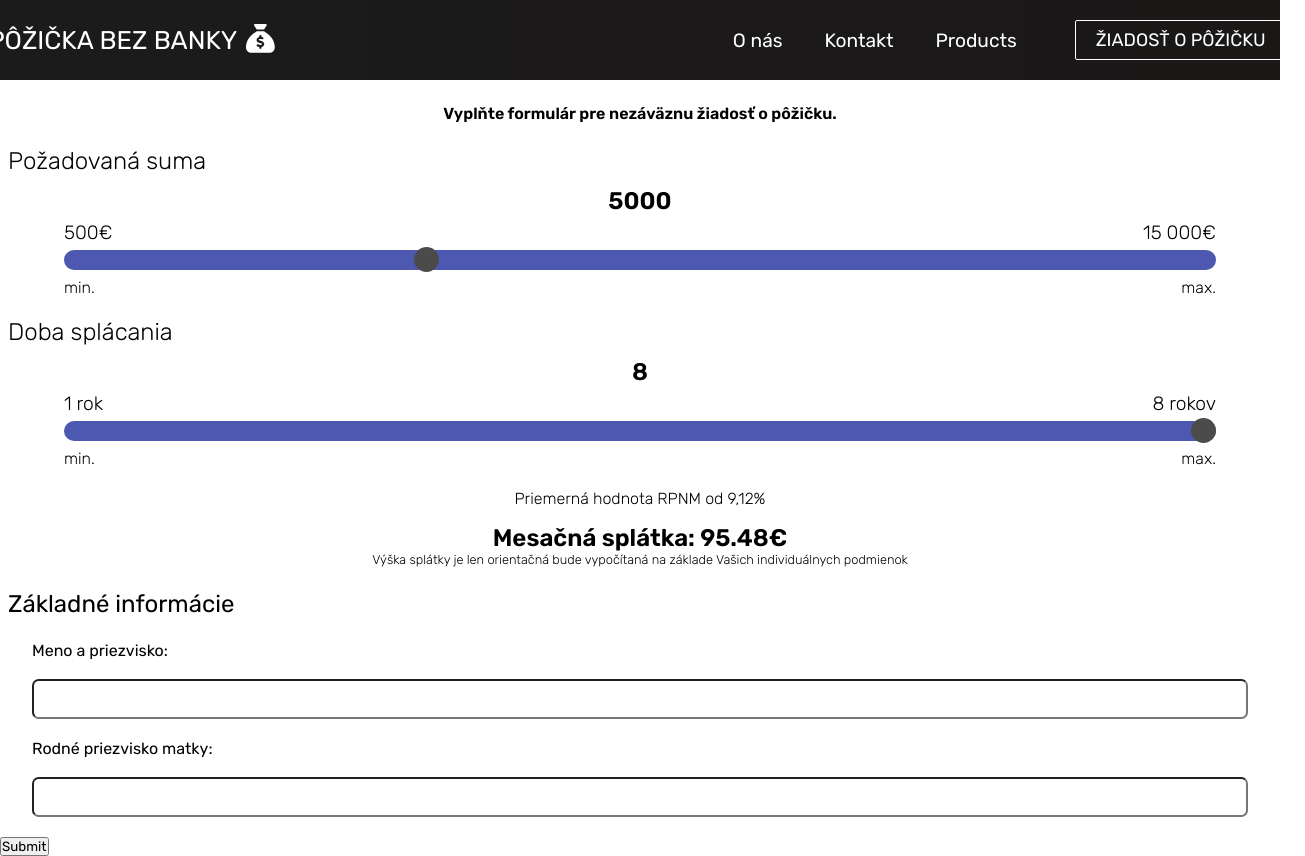
Repository: steve-lgtm/React-website-pozickabezbanky
Page: /ziadost
An editor plug-in stored every save of this project. The page is shown before and after the next save, followed by the edit.
The browser window is 1280 px wide. The page is 1305 px wide, so the pictures cover 1305 px, including what lies to the right of the window. The pictures show the whole page.
Some web libraries are served in a nearby version. The project was rebuilt for these pictures with package versions that can differ from the ones it lists, and the page was loaded fresh each time. Also part of the build but not shown: src/components/pages/Home.js, src/components/pages/Kontakt.js, src/components/pages/Products.js.

Above is the page before, as saved 2022-07-10 16:29:28.

After the next save:
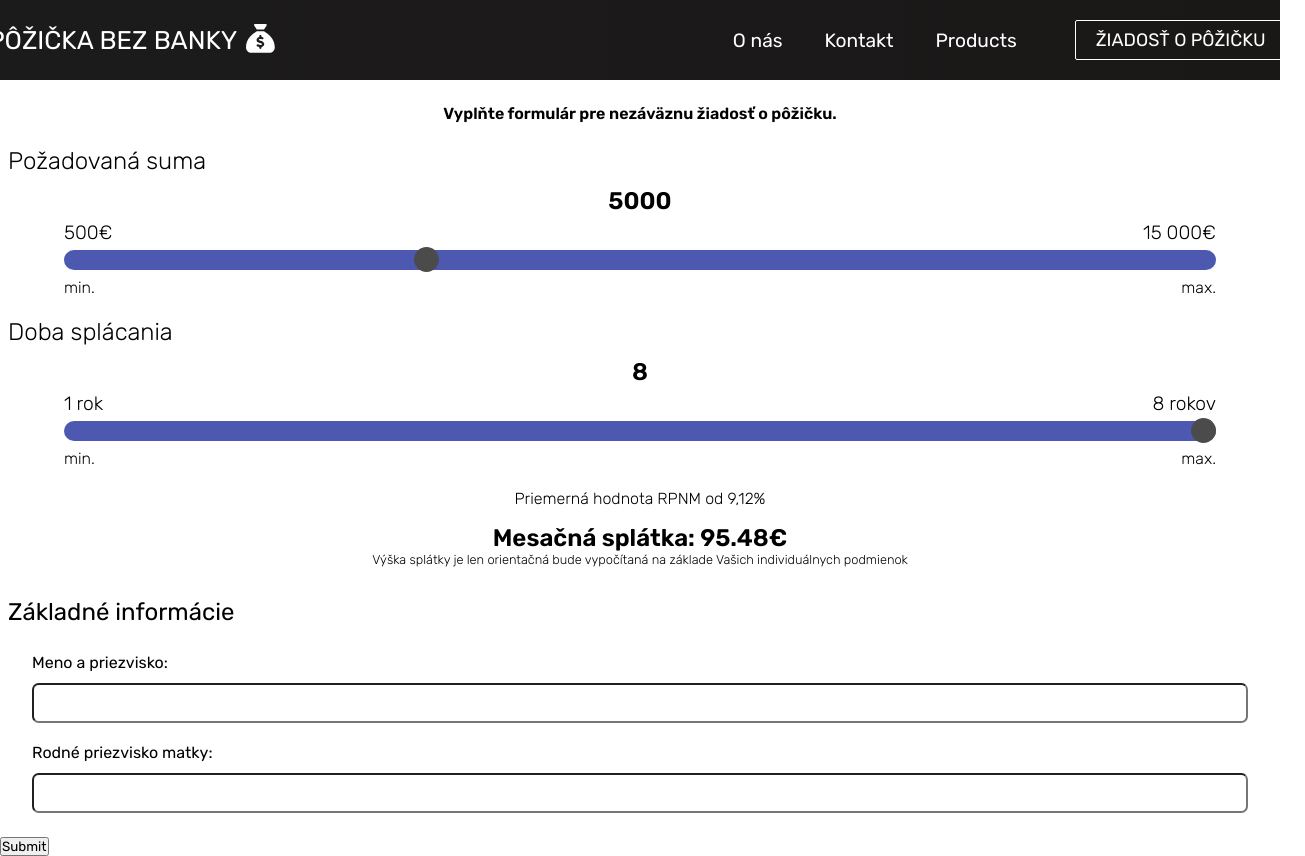
Saved 4 s later.
--- a/src/components/pages/Ziadost.css
+++ b/src/components/pages/Ziadost.css
@@ -90,7 +90,7 @@ font-weight: 300;
     display: flex;
     flex-direction: column;
     justify-content:space-around;
-    height: 6em;
+    height: 5em;
     margin: 0 1.5em;
 }
 input[type=text] {
